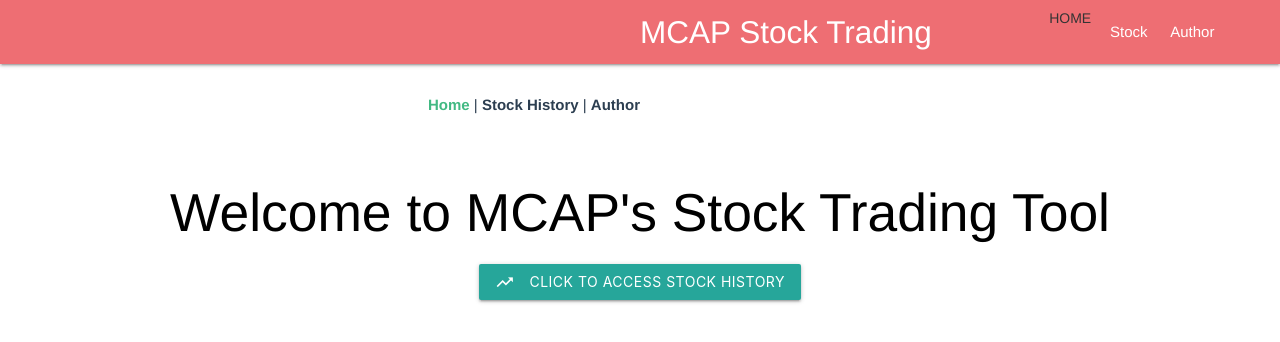
Repository: pandyarudra/stock-symbol-app
Page: /
These files come from the project's save history. The page is drawn as it stood at one moment and after the next save; the edit follows.
The browser window is 1280 px wide. The pictures show the whole page.
The project was rebuilt for these pictures with package versions that can differ from the ones it lists, and the page was loaded fresh each time.

Above is the page before, as saved 2020-09-14 22:18:26.

### public/index.html
<!DOCTYPE html>
<html lang="en">
  <head>
    <meta charset="utf-8">
    <meta http-equiv="X-UA-Compatible" content="IE=edge">
    <meta name="viewport" content="width=device-width,initial-scale=1.0">
    <link href="https://fonts.googleapis.com/icon?family=Material+Icons" rel="stylesheet">

    <link rel="icon" href="<%= BASE_URL %>favicon.ico">
    <title><%= htmlWebpackPlugin.options.title %></title>
  </head>
  <body>
    <noscript>
      <strong>We're sorry but <%= htmlWebpackPlugin.options.title %> doesn't work properly without JavaScript enabled. Please enable it to continue.</strong>
    </noscript>
    <div id="app"></div>
    <!-- built files will be auto injected -->
  </body>
</html>

### src/main.js
import Vue from 'vue';
import App from './App.vue';
import router from './router';
import 'materialize-css';
import 'materialize-css/dist/css/materialize.min.css';

Vue.config.productionTip = false;

new Vue({
  router,
  render: h => h(App)
}).$mount('#app');

### src/App.vue
<template>
  <div id="app">
    <TopNav />
    <div id="nav">
      <router-link to="/">Home</router-link> |
      <router-link to="/stockHistory">Stock History</router-link> |
      <router-link to="/about">Author</router-link>
    </div>
    <router-view/>
  </div>
</template>


<script>
import M from 'materialize-css';
import TopNav from '@/components/TopNav.vue'

export default {
  mounted() {
    M.AutoInit();
  },
  components: {
    TopNav
  }
}
</script>

<style lang="scss">

  // $primary-color: color("materialize-red", "lighten-2") !default;
  // $primary-color-light: false !default;
  // $primary-color-dark: false !default;
  // @if not $primary-color-light {
  //   $primary-color-light: lighten($primary-color, 15%);
  // }
  // @if not $primary-color-dark {
  //   $primary-color-dark: darken($primary-color, 15%);
  // }
  // $secondary-color: color("teal", "lighten-1") !default;
  // $success-color: color("green", "base") !default;
  // $error-color: color("red", "base") !default;
  // $link-color: color("light-blue", "darken-1") !default;

#app {

  font-family: Avenir, Helvetica, Arial, sans-serif;
  -webkit-font-smoothing: antialiased;
  -moz-osx-font-smoothing: grayscale;
  text-align: center;
  color: #2c3e50;
}

#nav {
  padding: 30px;

  a {
    font-weight: bold;
    color: #2c3e50;

    &.router-link-exact-active {
      color: #42b983;
    }
  }
}
</style>

### src/router/index.js
import Vue from 'vue'
import VueRouter from 'vue-router'

Vue.use(VueRouter)

const routes = [
  {
    path: '/',
    name: 'WelcomePage',
    component: () => import(/* webpackChunkName: "about" */ '../views/WelcomePage.vue')
  },
  {
    path: '/about',
    name: 'About',
    // route level code-splitting
    // this generates a separate chunk (about.[hash].js) for this route
    // which is lazy-loaded when the route is visited.
    component: () => import(/* webpackChunkName: "about" */ '../views/About.vue')
  }
]

const router = new VueRouter({
  routes
})

export default router

### src/components/TopNav.vue
<template>
     <nav>
    <div class="nav-wrapper center">
      <a href="#" class="brand-logo ">MCAP Stock Trading</a>
      <ul id="nav-mobile" class="right hide-on-med-and-down row">
        <router-link class="col s3 btn-flat" to="/" tag="li">Home</router-link>
        <router-link class="col s3" to="/stockHistory" tag="li">Stock History</router-link>
        <router-link class="col s3" to="/author" tag="li">Author</router-link>
        <!-- <router-link to="/foo" tag="li">Rudra</router-link> -->

      </ul>
    </div>
  </nav>
</template>

### src/views/WelcomePage.vue
<template>
<div class="row">
    <h2 class="left col s12">Welcome to MCAP's Stock Trading Tool
    </h2>
    <button class="btn waves-effect waves-light"><i class="material-icons left">trending_up</i>Click to Access Stock History</button>
</div>
</template>


<script>
export default {
  name: 'WelcomePage',
  props: {
    msg: String
  }
}
</script>

<!-- Add "scoped" attribute to limit CSS to this component only -->
<style scoped lang="scss">
  div {
      color: black;
      text-align: center;
  }
</style>

After the next save:
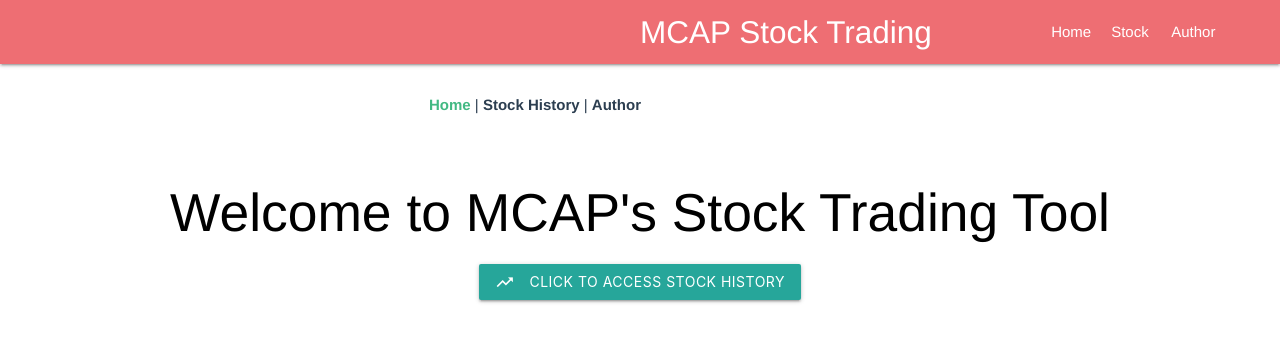
Saved 6 s later.
--- a/src/components/TopNav.vue
+++ b/src/components/TopNav.vue
@@ -3,7 +3,7 @@
     <div class="nav-wrapper center">
       <a href="#" class="brand-logo ">MCAP Stock Trading</a>
       <ul id="nav-mobile" class="right hide-on-med-and-down row">
-        <router-link class="col s3 btn-flat" to="/" tag="li">Home</router-link>
+        <router-link class="col s3" to="/" tag="li">Home</router-link>
         <router-link class="col s3" to="/stockHistory" tag="li">Stock History</router-link>
         <router-link class="col s3" to="/author" tag="li">Author</router-link>
         <!-- <router-link to="/foo" tag="li">Rudra</router-link> -->
